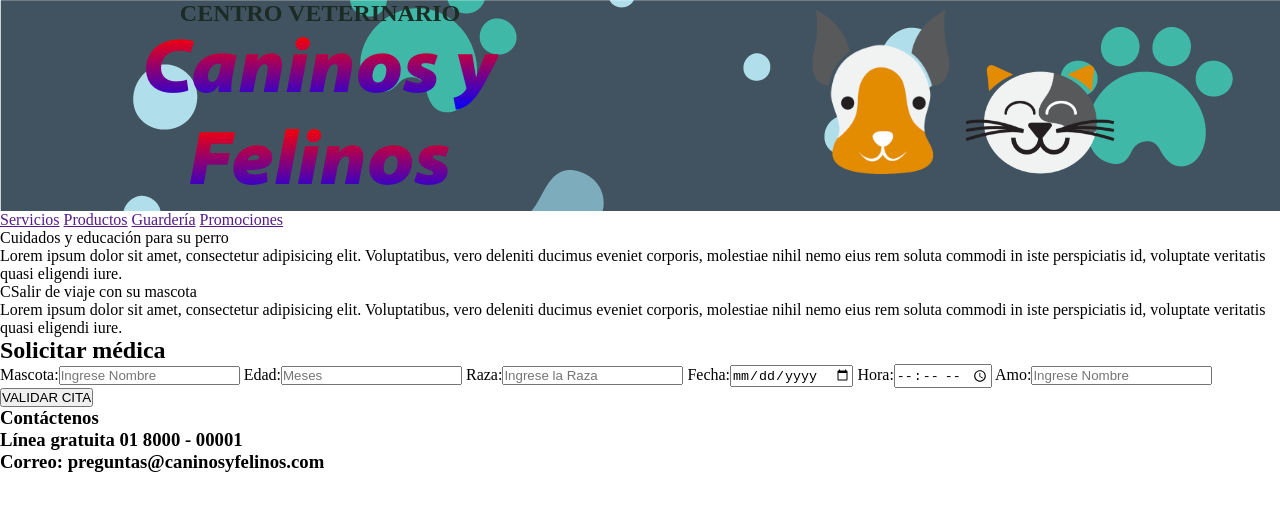
Repository: mariomr87/senaweb01
Page: principal.html
An editor plug-in stored every save of this project. The page is shown before and after the next save, followed by the edit.
The browser window is 1280 px wide. The pictures show the whole page.

Above is the page before, as saved 2021-09-26 20:45:02.

After the next save:
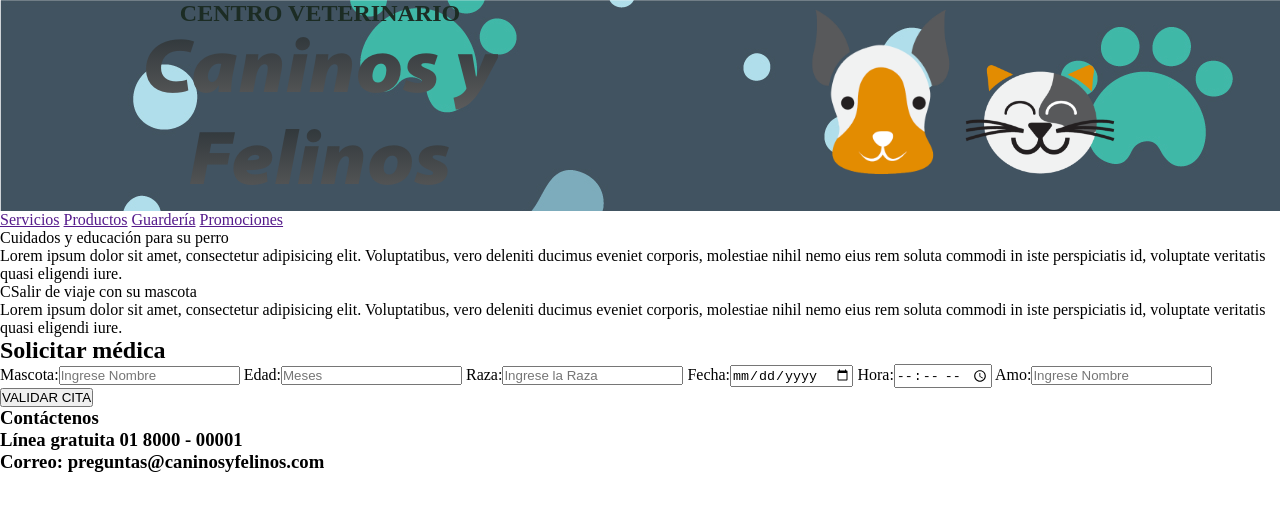
Saved 31 s later.
--- a/estilos.css
+++ b/estilos.css
@@ -43,7 +43,7 @@ header{
 }
 
 #header-text-degrad{
-    background: linear-gradient(red,blue);
+    background: linear-gradient(#30373b,#5c5c5c);
     -webkit-background-clip: text;
     -webkit-text-fill-color: transparent;
 }
